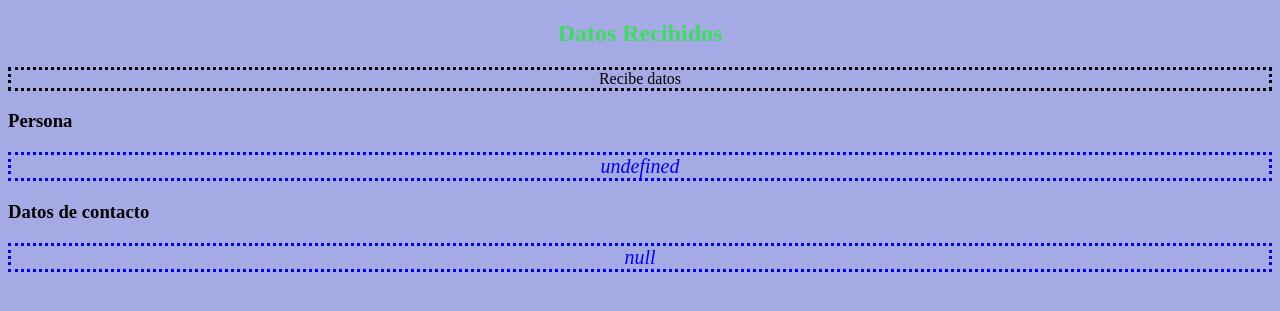
Repository: UVMCoyoacan/VEFY
Page: recibedatosFormCV.html
These files come from the project's save history. The page is drawn as it stood at one moment and after the next save; the edit follows.
The browser window is 1280 px wide. The pictures show the whole page.

Above is the page before, as saved 2024-03-05 11:57:40.

### recibedatosFormCV.html
<!DOCTYPE html>
<html>
	<head>

		<meta charset="UTF-8" />

		<link rel="stylesheet" href="estilo1.css">

		<script type="text/javascript">

			function getUrlVars() {
				//SOLO CON GET//
			var vars = {};
			//AGARRA LA URL//

			var parts = window.location.href.replace(/[?&]+([^=&]+)=([^&]*)/gi,
				function (m, key, value) {
					if (vars[key]) {
						vars[key].push(value);
					} else {
						vars[key] = [value];
					}

				});
			console.log(vars);
			return vars;
		}
		var utls=new URL(window.location.href).searchParams
			var correo2=utls.get("correoele")
			console.log(correo2);

				var nombre = getUrlVars()["fname"];
				var telefono= getUrlVars()["numtel"];
                var correo=getUrlVars()["correoele"];

				var ops=0;


		</script>

	</head>
<body>

<h2>Datos Recibidos</h2>

<p>Recibe datos</p>

<h3> Persona </h3>
<p id="Persona">    </p>

<h3> Datos de contacto</h3>
<p id="Detalles">    </p>

<script>
	var nomper=document.getElementById("Persona");
	var datPers=document.getElementById("Detalles");
	nomper.innerHTML="<i>" + nombre + "</i>";
	nomper.style="color:blue;font-size:20px";
    datPers.innerHTML="<i>" + telefono + "</i>";
	datPers.style="color:blue;font-size:20px";
    datPers.innerHTML="<i>" + correo2 + "</i>";
	datPers.style="color:blue;font-size:20px";




</script>


</body>
</html>

### estilo1.css
h1{
    color: chocolate;
    text-align: center;
    border-style: mix;
}
p{
    text-align: center;
    color:rgb(0, 0, 0);
    border-style: dotted;
}

ol{
    text-align: center;
    color:rgb(1, 1, 1);
    border-style: groove;

}

ul{
    text-align: center;
    color: rgb(0, 0, 0);
    border-style: ridge;
}

h2{
    color: rgba(58, 221, 93, 0.98) ;
    text-align:center;
    border-style: mix;
}

a{
    text-align: center;
}

body{
    background-color: #a6aae4;
}

footer{
    color:beige;
    background-color: blueviolet;
}
button {
    border: none;
    color: rgb(175, 10, 10);
    padding: 15px 32px;
    text-align: center;
    text-decoration: none;
    display: inline-block;
    font-size: 16px;
    margin: 4px 2px;
    cursor: pointer;
  }
  p{
    text-align: center;
  }

After the next save:
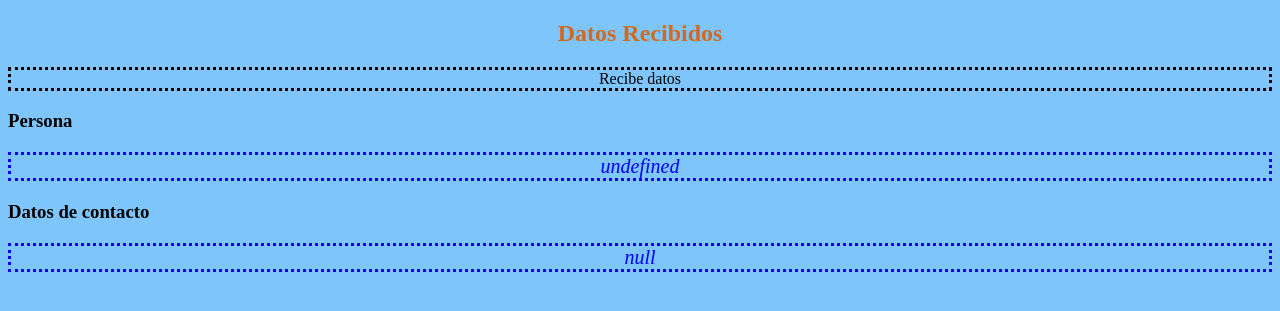
Saved 41 s later.
--- a/estilo1.css
+++ b/estilo1.css
@@ -23,7 +23,7 @@ ul{
 }
 
 h2{
-    color: rgba(58, 221, 93, 0.98) ;
+    color: chocolate ;
     text-align:center;
     border-style: mix;
 }
@@ -33,7 +33,10 @@ a{
 }
 
 body{
+
     background-color: #a6aae4;
+
+    background-color: rgb(126, 197, 251);
 }
 
 footer{
